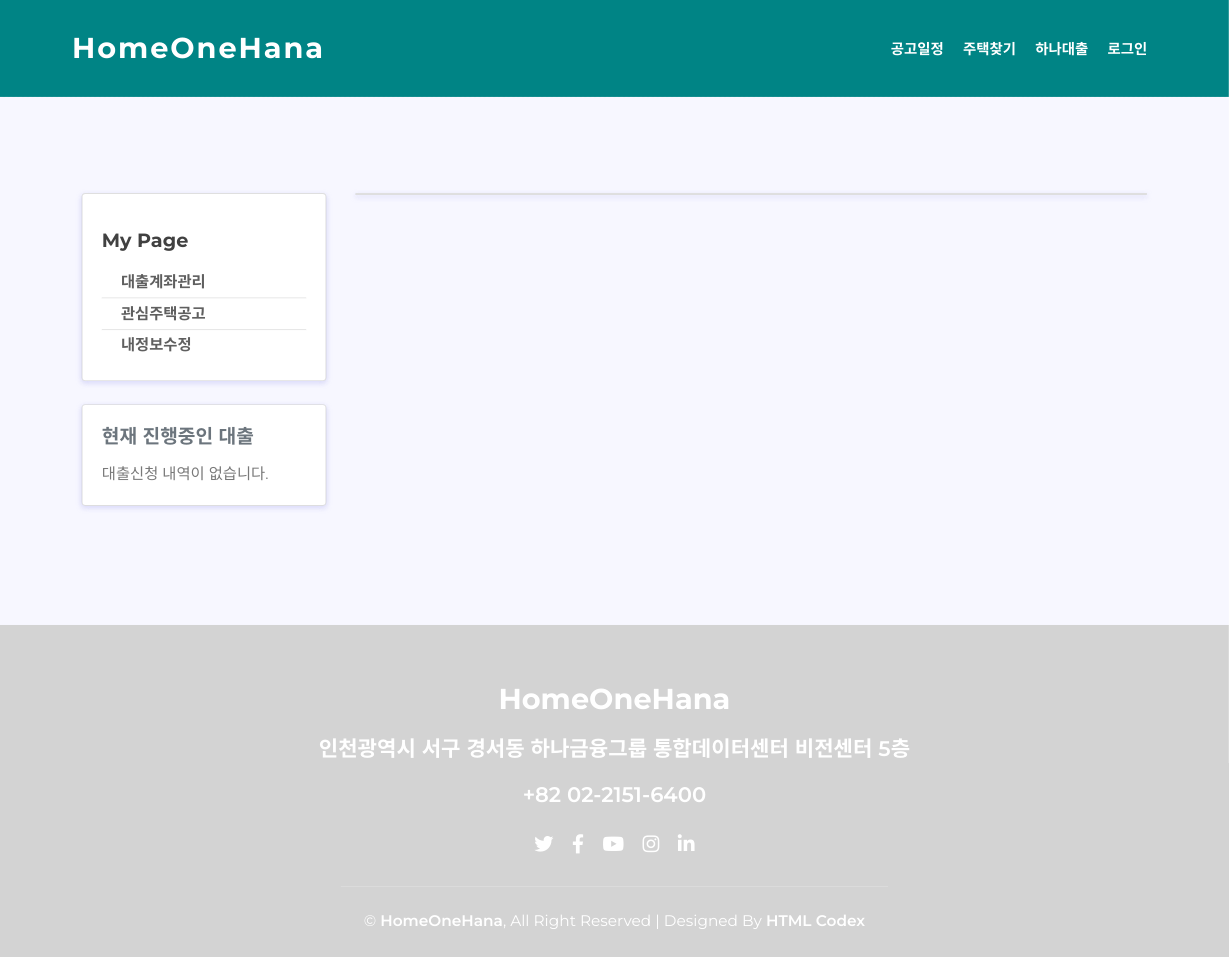
Repository: koposoftware/2021_10_syyoon
Page: http://localhost/HomeOneHana/WEB-INF/jsp/mypage/mypage.jsp
An editor plug-in stored every save of this project. The page is shown before and after the next save, followed by the edit.
The browser window is 1280 px wide. The pictures show the whole page, at 96% of full size.
After loading, the first visible `#Menu2` was clicked once.
Some icons come from a web library that is not loaded, so they are not drawn. Some web libraries are served in a nearby version. The page is served by Tomcat 9. Nobody is signed in. Other server files are loaded and not shown. The template is opened directly, without the code that normally fills it, so the values that code supplies are empty.

Above is the page before, as saved 2021-09-20 14:53:44.

### project/Spring-mvc/HomeOneHana/src/main/webapp/WEB-INF/jsp/mypage/mypage.jsp
<%@ page language="java" contentType="text/html; charset=UTF-8"
    pageEncoding="UTF-8"%>
<%@ taglib prefix="c" uri="http://java.sun.com/jsp/jstl/core" %>
<%@ taglib prefix="fmt" uri="http://java.sun.com/jsp/jstl/fmt" %>
<%@ taglib prefix="fn" uri="http://java.sun.com/jsp/jstl/functions" %>
<!DOCTYPE html>
<html>
<head>
<meta charset="UTF-8">
<title>HomeOneHana::마이페이지</title>
<link href="${ pageContext.request.contextPath }/resources/css/top/menubg.css" rel="stylesheet">
<link href="${ pageContext.request.contextPath }/resources/css/mypage/mypage.css" rel="stylesheet">
<script src="https://code.jquery.com/jquery-3.6.0.js"></script>
<script src="${ pageContext.request.contextPath }/resources/js/mypage/mypage.js"></script>

</head>
<body>
	<header>
		<div class="limiter">
			<div class="container-login100">
				<div class="wrap-login100">
					<jsp:include page="../include/topMenu.jsp" />
				</div>
			</div>
		</div>

	</header>
	<section>
		<div class="body">
		<div class="container">
			<div class="row">
			    <div class="col-12 col-lg-3">
					<div class="card">
						<div class="card-body">

							<h5 class="my-3">My Page</h5>
							<div class="fm-menu">
								<div class="list-group list-group-flush">
									<a id="Menu1" href="javascript:;" class="list-group-item py-1"><i class="bx bx-devices me-2"></i><span>대출계좌관리</span></a>
									<a id="Menu2" href="javascript:;" class="list-group-item py-1"><i class="bx bx-folder me-2"></i><span>관심주택공고</span></a>
									<a href="javascript:;" class="list-group-item py-1"><i class="bx bx-plug me-2"></i><span>내정보수정</span></a>

								</div>
							</div>
						</div>
					</div>
					<div class="card">
						<div class="card-body">
							<h5 class="mb-0 text-primary font-weight-bold"><span class="float-end text-secondary">현재 진행중인 대출</span></h5>

							<div class="mt-3"></div>
							<c:if test="${not empty contractList }">
								<c:forEach items="${contractList }" var="contract" varStatus="loop">

									<div class="d-flex align-items-center loanbox">
										<div


											<c:if test="${contract.status eq '심사중' }">class="fm-file-box bg-light-primary text-primary loan-reviewBox"</c:if>
											<c:if test="${contract.status eq '대출완료' }">class="fm-file-box bg-light-primary text-primary loan-finishBox"</c:if>
											<c:if test="${contract.status eq '대출승인' }"> class="fm-file-box bg-light-primary text-primary loan-acceptBox"</c:if>
											<c:if test="${contract.status eq '대출거절' }"> class="fm-file-box bg-light-primary text-primary loan-rejectBox"</c:if>
											>
											<p class="loanstatus">${ contract.status}</p>
										</div>
										<div class="flex-grow-1 ms-2">
											<h6 class="mb-0 loanname"><a
												<c:if test="${contract.status eq '대출승인' }">
													href="${ pageContext.request.contextPath }/loan/contract?contractcode=${contract.contractcode}"
												</c:if>
												<c:if test="${contract.status ne '대출승인' }">
													href="#"
												</c:if>


												>

												${ contract.loanname}</a></h6>
											<p class="mb-0 text-secondary loandate">${contract.stratdt }</p>
										</div>

									</div>

								</c:forEach>

							</c:if>

							<c:if test="${ empty contractList }">
							<div class="d-flex align-items-center mt-3">
								대출신청 내역이 없습니다.
							</div>
							</c:if>

						</div>
					</div>
				</div>


				<div class="col-12 col-lg-9">
					<div class="card" >


					<div class="card-body" id="menu1">
							<div class="d-flex align-items-center">
								<div>
									<h5 class="mb-0">대출계좌내역</h5>
								</div>

							</div>
							<div class="table-responsive mt-3" style="margin-bottom:50px;">
								<table class="table table-striped table-hover table-sm mb-0">
									<thead>
										<tr>
											<th>상품명</th>
											<th>계좌번호</th>
											<th>대출금액</th>
											<th>이자</th>
											<th>기산일</th>
											<th>만기일</th>
											<th>총상환금액</th>
											<th>연결계좌</th>
										</tr>
									</thead>
									<tbody>
									<c:if test="${not empty loanaccountList }">
										<c:forEach items="${loanaccountList }" var="loanacc" varStatus="loop">
										<tr>
											<td>${loanacc.loanname }</td>
											<td>${ fn:substring(loanacc.loanaccount,0,3) }-${ fn:substring(loanacc.loanaccount,3,9) }-${ fn:substring(loanacc.loanaccount,9,13) }</td>
											<td><fmt:formatNumber value="${loanacc.principal }" type="currency"/></td>
											<td>${loanacc.finalrate }%</td>
											<td>${loanacc.accountdt }</td>
											<td>${loanacc.duedate }</td>
											<td>${loanacc.repayamount }</td>
											<td>${ fn:substring(loanacc.account,0,3) }-${ fn:substring(loanacc.account,3,9) }-${ fn:substring(loanacc.account,9,13) }</td>
										</tr>
										</c:forEach>

									</c:if>
									<c:if test="${empty loanaccountList }">
										<tr>
											<td style="text-align:center;" colspan="8">대출계좌가 없습니다.</td>
										</tr>
									</c:if>
									</tbody>
								</table>
							</div>

							<div class="d-flex align-items-center">
								<div>
									<h5 class="mb-0">보유계좌</h5>
								</div>

							</div>
							<div class="row mt-3" style="margin-bottom:50px;">
								<c:if test="${ not empty accountList }">
									<c:forEach items="${ accountList }" var="acc" varStatus="loop">
											<div class="col-12 col-lg-4">
												<div class="card shadow-none border radius-15">
												<div class="card-body">
													<div class="d-flex align-items-center">
														<div ><span class="subti" >${acc.name}</span>
														</div>
														<div class="ms-auto"><i class="fas fa-money-check-alt"></i>
														</div>
													</div>
													<h5 class="mt-3 mb-0"><fmt:formatNumber value="${acc.balance }" type="currency"/></h5>
													<p class="mb-1 mt-4" style="font-size:12px;">
														<span class="float-end">${fn:substring(acc.account,0,3)}-${fn:substring(acc.account,3,9)}-${fn:substring(acc.account,9,13)}</span>
														<span>(${acc.alias})</span>
													</p>
													</div>
												</div>
											</div>
									</c:forEach>
								</c:if>
								<c:if test="${ empty accountList }">
									<div >
										보유한 계좌가 없습니다.
									</div>
								</c:if>
							</div>


						</div>


						<div class="card-body" id="menu2">

							<h5>관심주택</h5>
							<div class="row mt-3" style="margin-bottom:50px;">
								<c:if test="${not empty favoriteHome }">
									<c:forEach items="${ favoriteHome }" var="home" varStatus="loop">
										<div class="col-12 col-lg-4">
											<div class="card shadow-none border radius-15">
											<div class="card-body">
												<div class="d-flex align-items-center">
													<div ><span class="subti"><i class="fas fa-home"></i> ${home.enrolldt}</span>
													</div>
													<div class="ms-auto font-20"><i class="fas fa-star" style="color:#ffd400;"></i>
													</div>
												</div>
												<h5 class="mt-3 mb-0">

													<a

														<c:if test="${contract.status eq '대출승인' }">href="${pageContext.request.contextPath }/search/Detail/${ home.rnadres }"</c:if>
														<c:if test="${contract.status ne '대출승인' }">href="#"</c:if>

														>${home.rnadres}</a>

												</h5>
												<p class="mb-1 mt-4" style="font-size:12px;"><span>${home.insttnm}</span>-<span class="float-end">${home.suplytynm}</span>
												</p>
												</div>
											</div>
										</div>

									</c:forEach>
								</c:if>


								<c:if test="${ empty favoriteHome }">
									<div>
										즐겨찾기한 주택이 없습니다.
									</div>
								</c:if>
							</div>

							<!--end row-->
							<div class="d-flex align-items-center">
								<div>
									<h5 class="mb-0">관심공고</h5>
								</div>

							</div>
							<div class="table-responsive mt-3" style="margin-bottom:50px;">
								<table class="table table-striped table-hover table-sm mb-0">
									<thead>
										<tr>
											<th>공고명 <i class="bx bx-up-arrow-alt ms-2"></i>
											</th>
											<th>마감일</th>
											<th>즐겨찾기등록일</th>
											<th></th>
										</tr>
									</thead>
									<tbody>
									<c:if test="${not empty favoriteNotice }">
										<c:forEach items="${favoriteNotice }" var="noti" varStatus="loop">
										<tr>
											<td>
												<div class="d-flex align-items-center">
													<div><i class="bx bxs-file-pdf me-2 font-24 text-danger"></i>
													</div>
													<div class="font-weight-bold">
														${noti.noticetitle }
													</div>
												</div>
											</td>
											<td>${noti.noticeend }</td>
											<td>${noti.enrolldt }</td>
											<td><i class="fas fa-heart font-22" style="color:#e90061"></i>
											</td>
										</tr>
										</c:forEach>

									</c:if>
									<c:if test="${empty favoriteNotice }">
										<tr>
											<td colspan="4">관심공고가 없습니다.</td>
										</tr>
									</c:if>
									</tbody>
								</table>
							</div>
						</div>
						</div>

					</div>
				</div>

			</div>
			</div>
			</div>
	</section>
	<script>
		$('#menu1').show()
		$('#menu2').hide()
	</script>
	<footer>
		<jsp:include page="../include/bottomMenu.jsp" />
	</footer>
</body>
</html>

### project/Spring-mvc/HomeOneHana/src/main/webapp/WEB-INF/jsp/include/topMenu.jsp
<%@ page language="java" contentType="text/html; charset=UTF-8"
    pageEncoding="UTF-8"%>
<%@ taglib prefix="c" uri="http://java.sun.com/jsp/jstl/core" %>

        <meta content="width=device-width, initial-scale=1.0" name="viewport">
        <meta content="Free Website Template" name="keywords">
        <meta content="Free Website Template" name="description">


		<!-- font-awesome icon  -->
		<link href="//maxcdn.bootstrapcdn.com/font-awesome/4.1.0/css/font-awesome.min.css" rel="stylesheet" />

        <!-- Favicon -->
        <!-- <link href="/Practice-Web/Front/img/favicon.ico" rel="icon"> -->

        <!-- Google Font -->
        <link href="https://fonts.googleapis.com/css2?family=Montserrat:wght@300;400;500;600;700&display=swap" rel="stylesheet">
		<link href="https://fonts.googleapis.com/css2?family=Noto+Sans+KR:wght@100&display=swap" rel="stylesheet">

        <!-- CSS Libraries -->
        <link href="https://stackpath.bootstrapcdn.com/bootstrap/4.4.1/css/bootstrap.min.css" rel="stylesheet">
        <link href="https://cdnjs.cloudflare.com/ajax/libs/font-awesome/5.10.0/css/all.min.css" rel="stylesheet">

        <link href="${ pageContext.request.contextPath }/resources/lib/animate/animate.min.css" rel="stylesheet">
        <link href="${ pageContext.request.contextPath }/resources/lib/owlcarousel/assets/owl.carousel.min.css" rel="stylesheet">
        <link href="${ pageContext.request.contextPath }/resources/lib/lightbox/css/lightbox.min.css" rel="stylesheet">



        <!-- Template Stylesheet -->
        <link href="${ pageContext.request.contextPath }/resources/css/style.css" rel="stylesheet">

<!-- Nav Bar Start -->
<div class="navbar navbar-expand-lg bg-light navbar-light">
    <div class="container-fluid">
        <a href="${ pageContext.request.contextPath }/" class="navbar-brand">HomeOneHana</a>
        <button type="button" class="navbar-toggler" data-toggle="collapse" data-target="#navbarCollapse">
            <span class="navbar-toggler-icon"></span>
        </button>

        <div class="collapse navbar-collapse justify-content-between" id="navbarCollapse">
            <div class="navbar-nav ml-auto">
                <a href="${ pageContext.request.contextPath }/schedule" class="nav-item nav-link">공고일정</a>
                <a href="${ pageContext.request.contextPath }/search" class="nav-item nav-link">주택찾기</a>
                <a href="${ pageContext.request.contextPath }/loan" class="nav-item nav-link">하나대출</a>
            	<c:if test="${ empty sessionScope.loginVO  }">
                <!-- <a href="Front/index2.jsp" class="nav-item nav-link active">Home</a> -->
                <%-- <a href="${ pageContext.request.contextPath }/loan/review" class="nav-item nav-link">대출상담</a> --%>
                <a href="${ pageContext.request.contextPath }/login" class="nav-item nav-link">로그인</a>
				</c:if>

                <%--로그인사용자만 접근가능 --%>
                <c:if test="${ not empty sessionScope.loginVO  }">
	               	<a href="${ pageContext.request.contextPath }/logout" class="nav-item nav-link">로그아웃</a>
	                <a href="${ pageContext.request.contextPath }/mypage" class="nav-item nav-link"><i class="fas fa-user-circle fa-3x"></i></a>
                </c:if>

            </div>
        </div>
    </div>
</div>

### project/Spring-mvc/HomeOneHana/src/main/webapp/WEB-INF/jsp/include/bottomMenu.jsp
<%@ page language="java" contentType="text/html; charset=UTF-8"
    pageEncoding="UTF-8"%>
		<!-- Footer Start -->
        <div class="footer wow fadeIn" data-wow-delay="0.3s">
            <div class="container-fluid">
                <div class="container">
                    <div class="footer-info">
                        <h2>HomeOneHana</h2>
                        <h3>인천광역시 서구 경서동 하나금융그룹 통합데이터센터 비전센터 5층</h3>
                        <div class="footer-menu">
                            <p>+82 02-2151-6400</p>
                        </div>
                        <div class="footer-social">
                            <a href=""><i class="fab fa-twitter"></i></a>
                            <a href=""><i class="fab fa-facebook-f"></i></a>
                            <a href=""><i class="fab fa-youtube"></i></a>
                            <a href=""><i class="fab fa-instagram"></i></a>
                            <a href=""><i class="fab fa-linkedin-in"></i></a>
                        </div>
                    </div>
                </div>
                <div class="container copyright">
                    <p>&copy; <a href="#">HomeOneHana</a>, All Right Reserved | Designed By <a href="https://htmlcodex.com">HTML Codex</a></p>
                </div>
            </div>
        </div>
        <!-- Footer End -->


        <!-- Back to top button -->
        <a href="#" class="btn back-to-top"><i class="fa fa-chevron-up"></i></a>


        <!-- Pre Loader -->
        <div id="loader" class="show">
            <div class="loader"></div>
        </div>


		<!-- JavaScript Libraries -->
        <script src="https://code.jquery.com/jquery-3.4.1.min.js"></script>
        <script src="https://stackpath.bootstrapcdn.com/bootstrap/4.4.1/js/bootstrap.bundle.min.js"></script>
        <script src="${ pageContext.request.contextPath }/resources/lib/easing/easing.min.js"></script>
        <script src="${ pageContext.request.contextPath }/resources/lib/wow/wow.min.js"></script>
        <script src="${ pageContext.request.contextPath }/resources/lib/waypoints/waypoints.min.js"></script>
        <script src="${ pageContext.request.contextPath }/resources/lib/typed/typed.min.js"></script>
        <script src="${ pageContext.request.contextPath }/resources/lib/owlcarousel/owl.carousel.min.js"></script>
        <script src="${ pageContext.request.contextPath }/resources/lib/isotope/isotope.pkgd.min.js"></script>
        <script src="${ pageContext.request.contextPath }/resources/lib/lightbox/js/lightbox.min.js"></script>

        <!-- Contact Javascript File -->
        <script src="${ pageContext.request.contextPath }/resources/mail/jqBootstrapValidation.min.js"></script>
        <script src="${ pageContext.request.contextPath }/resources/mail/contact.js"></script>

        <!-- Template Javascript -->
        <script src="${ pageContext.request.contextPath }/resources/js/main.js"></script>

### project/Spring-mvc/HomeOneHana/src/main/webapp/resources/css/top/menubg.css
@charset "UTF-8";


header{
	height:101px;
	background-color:#008485;
}
@media(max-width:992px){
	header{
		height:70px;
	}
}

### project/Spring-mvc/HomeOneHana/src/main/webapp/resources/css/mypage/mypage.css
@charset "UTF-8";



.body{
padding-top:100px;
padding-bottom:100px;
background-color: #f7f7ff;
}
.card {
    position: relative;
    display: flex;
    flex-direction: column;
    min-width: 0;
    word-wrap: break-word;
    background-color: #fff;
    background-clip: border-box;
    border: 0px solid rgba(0, 0, 0, 0);
    border-radius: .25rem;
    margin-bottom: 1.5rem;
    box-shadow: 0 2px 6px 0 rgb(218 218 253 / 65%), 0 2px 6px 0 rgb(206 206 238 / 54%);
}

.card-body h5{
	font-weight:700;
}


.fm-file-box {
    font-size: 25px;
    background: #e9ecef;
    width: 44px;
    height: 44px;
    display: flex;
    align-items: center;
    justify-content: center;
    border-radius: .25rem;
}
.ms-2 {
    margin-left: .5rem!important;
}

.fm-menu .list-group a {
    font-size: 16px;
    color: #5f5f5f;
    display: flex;
    align-items: center;
}
.list-group-flush>.list-group-item {
    border-width: 0 0 1px;
}
.list-group-item+.list-group-item {
    border-top-width: 0;
}
.py-1 {
	font-weight:700;
    padding-top: .25rem!important;
    padding-bottom: .25rem!important;
}
.list-group-item {
    position: relative;
    display: block;
    padding: .5rem 1rem;
    text-decoration: none;
    background-color: #fff;
    border: 1px solid rgba(0, 0, 0, .125);
}

.radius-15 {
    border-radius: 15px;
}
.fm-icon-box {
    font-size: 32px;
    background: #ffffff;
    width: 52px;
    height: 52px;
    display: flex;
    align-items: center;
    justify-content: center;
    border-radius: .25rem;
}
.font-24 {
    font-size: 24px;
}
.ms-auto {
    margin-left: auto!important;
}
.font-30 {
    font-size: 30px;
}
.user-groups img {
    margin-left: -14px;
    border: 1px solid #e4e4e4;
    padding: 2px;
    cursor: pointer;
}

.rounded-circle {
    border-radius: 50%!important;
}

/*
		현재진행중인 대출
*/

.loanbox{
	margin-top:5px;
	margin-bottom:5px;
}
.loan-iconBox{
	background-color:#008485;
}

.loanname{
	font-weight:700;
}

.loandate{
	font-size:12px;
}

### project/Spring-mvc/HomeOneHana/src/main/webapp/resources/js/mypage/mypage.js
/**
 *
 */
$(document).ready(function(){
	$('#Menu2').click(function(){
		$('#menu1').hide()
	})

})

Loaded but not shown: project/Spring-mvc/HomeOneHana/src/main/webapp/resources/lib/animate/animate.min.css (library); project/Spring-mvc/HomeOneHana/src/main/webapp/resources/lib/owlcarousel/assets/owl.carousel.min.css (common file); project/Spring-mvc/HomeOneHana/src/main/webapp/resources/lib/lightbox/css/lightbox.min.css (common file); project/Spring-mvc/HomeOneHana/src/main/webapp/resources/lib/easing/easing.min.js (common file); project/Spring-mvc/HomeOneHana/src/main/webapp/resources/lib/wow/wow.min.js (library); project/Spring-mvc/HomeOneHana/src/main/webapp/resources/lib/waypoints/waypoints.min.js (library); project/Spring-mvc/HomeOneHana/src/main/webapp/resources/lib/typed/typed.min.js (library); project/Spring-mvc/HomeOneHana/src/main/webapp/resources/lib/owlcarousel/owl.carousel.min.js (library); project/Spring-mvc/HomeOneHana/src/main/webapp/resources/lib/isotope/isotope.pkgd.min.js (library); project/Spring-mvc/HomeOneHana/src/main/webapp/resources/lib/lightbox/js/lightbox.min.js (library); project/Spring-mvc/HomeOneHana/src/main/webapp/resources/mail/jqBootstrapValidation.min.js (library); project/Spring-mvc/HomeOneHana/src/main/webapp/resources/js/main.js (108 lines, source omitted); project/Spring-mvc/HomeOneHana/src/main/webapp/resources/mail/contact.js (65 lines, source omitted); project/Spring-mvc/HomeOneHana/src/main/webapp/resources/css/style.css (1648 lines, source omitted)

After the next save:
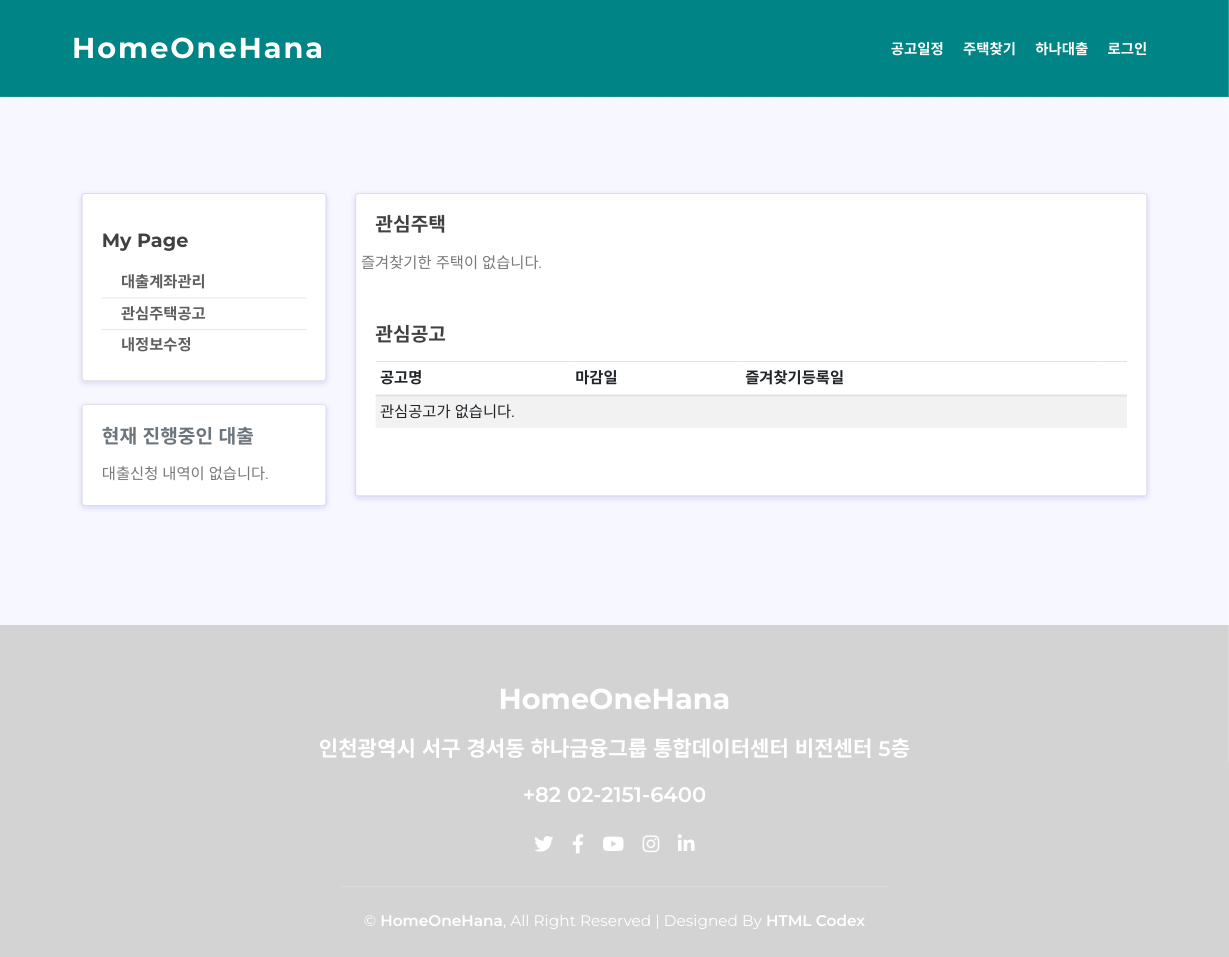
Saved 105 min 31 s later.
--- a/project/Spring-mvc/HomeOneHana/src/main/webapp/resources/js/mypage/mypage.js
+++ b/project/Spring-mvc/HomeOneHana/src/main/webapp/resources/js/mypage/mypage.js
@@ -1,9 +1,12 @@
 /**
  *
  */
+
+$('menu2').hide()
 $(document).ready(function(){
 	$('#Menu2').click(function(){
 		$('#menu1').hide()
+		$('#menu2').show()
 	})
 
 })
